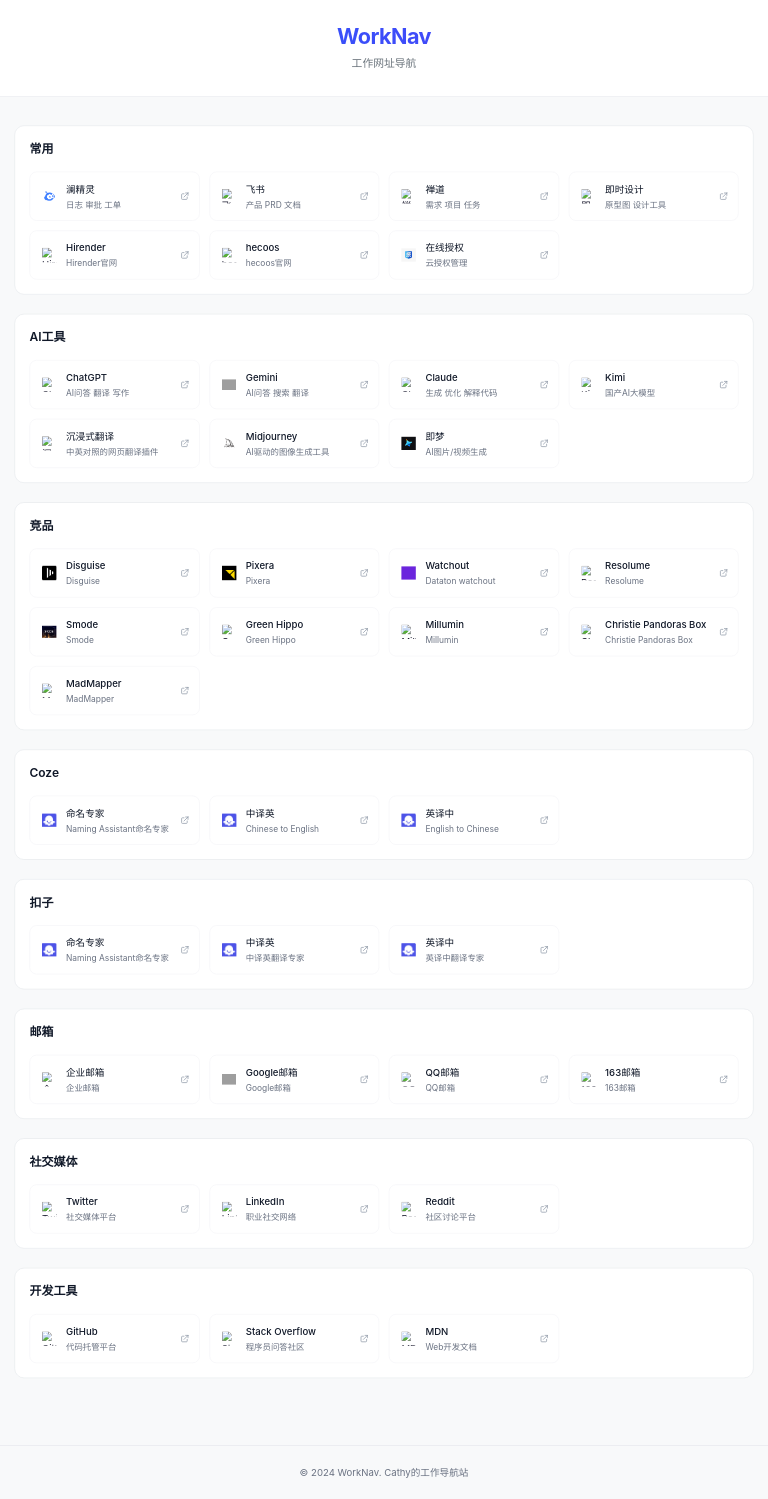
Repository: SweetPomelo0/WorkNav
Page: /
An editor plug-in stored every save of this project. The page is shown before and after the next save, followed by the edit.
The browser window is 1280 px wide. The pictures show the whole page, at 60% of full size.
Pictures or frames that could not be fetched are drawn as grey boxes. The project was rebuilt for these pictures with package versions that can differ from the ones it lists, and the page was loaded fresh each time. The framework's server and built-in components were replaced by stand-ins that run in the browser. Also part of the build but not shown: next.config.ts.

Above is the page before, as saved 2025-07-26 19:09:32.

### src/app/page.tsx
export default function Home() {
  // 定义导航分类和链接
  const categories = [
    {
      title: "常用",
      links: [
        { name: "澜精灵", url: "https://www.lanerp.com/Admin/index/index.html", desc: "日志 审批 工单", icon: "/img/lanjingling.png" },
        { name: "飞书", url: "https://enlightv.feishu.cn/wiki/D6Z1wOai9iVI4bkVlumcJprDn2e?fromScene=spaceOverview", desc: "产品 PRD 文档", icon: "https://feishu.cn/favicon.ico" },
        { name: "禅道", url: "https://enlightv.zentaopm.com/my/", desc: "需求 项目 任务", icon: "https://enlightv.zentaopm.com/favicon.ico" },
        { name: "即时设计", url: "https://js.design/recent", desc: "原型图 设计工具", icon: "https://img.js.design/assets/webImg/favicon.ico" },
        { name: "Hirender", url: "https://www.hirender.com/#/home", desc: "Hirender官网", icon: "https://www.hirender.com/favicon.ico" },
        { name: "hecoos", url: "https://www.hecoos.com/web/#/home", desc: "hecoos官网", icon: "https://www.hecoos.com/favicon.ico" },
        { name: "在线授权", url: "https://license.enlightv.com/web/", desc: "云授权管理", icon: "data:[embedded picture, 6295 characters]" },
      ]
    },
    {
      title: "AI工具",
      links: [
        { name: "ChatGPT", url: "https://chatgpt.com/", desc: "AI问答 翻译 写作", icon: "https://cdn.oaistatic.com/assets/favicon-180x180-od45eci6.webp" },
        { name: "Gemini", url: "https://gemini.google.com/app", desc: "AI问答 搜索 翻译", icon: "https://www.gstatic.com/lamda/images/gemini_sparkle_4g_512_lt_f94943af3be039176192d.png" },
        { name: "Claude", url: "https://claude.ai/", desc: "生成 优化 解释代码", icon: "https://claude.ai/favicon.ico" },
        { name: "Kimi", url: "https://www.kimi.com/", desc: "国产AI大模型", icon: "https://www.kimi.com/favicon.ico" },
        { name: "沉浸式翻译", url: "https://immersivetranslate.com/zh-Hans/?utm_source=ai-bot.cn", desc: "中英对照的网页翻译插件", icon: "https://immersivetranslate.com/favicon.ico" },
        { name: "Midjourney", url: "https://www.midjourney.com/explore?tab=video_top", desc: "AI驱动的图像生成工具", icon: "/img/mj.png" },
        { name: "即梦", url: "https://jimeng.jianying.com/ai-tool/home", desc: "AI图片/视频生成", icon: "/img/jimeng.png" }

      ]
    },
    {
      title: "竞品",
      links: [
        { name: "Disguise", url: "https://www.disguise.one/en", desc: "Disguise", icon: "/img/disguise.png" },
        { name: "Pixera", url: "https://pixera.one/zh/software/overview/", desc: "Pixera", icon: "/img/pixera.png" },
        { name: "Watchout", url: "https://www.dataton.com/", desc: "Dataton watchout", icon: "/img/watchout.png" },
        { name: "Resolume", url: "https://resolume.com/", desc: "Resolume", icon: "https://resolume.com/images/favicons/apple-touch-icon.png" },
        { name: "Smode", url: "https://www.smode.io/en/", desc: "Smode", icon: "/img/smode.png" },
        { name: "Green Hippo", url: "https://www.green-hippo.com/", desc: "Green Hippo", icon: "https://www.green-hippo.com/wp-content/themes/greenhippo/assets/icons/favicon.ico" },
        { name: "Millumin", url: "https://millumin.com/v5/index.php", desc: "Millumin", icon: "https://www.millumin.com/favicon/apple-icon-180x180.png" },
        { name: "Christie Pandoras Box", url: "https://www.christiedigital.com/products/christie-pandoras-box/", desc: "Christie Pandoras Box", icon: "https://www.christiedigital.com/apple-touch-icon.png" },
        { name: "MadMapper", url: "https://madmapper.com/madmapper/software", desc: "MadMapper", icon: "https://madmapper.com/images/favicon/apple-touch-icon.png" }

      ]
    },
    {
      title: "Coze",
      links: [
        { name: "命名专家", url: "https://www.coze.com/store/agent/7530562770308956161?bot_id=true", desc: "Naming Assistant命名专家", icon: "/img/coze.png" },
        { name: "中译英", url: "https://www.coze.com/store/agent/7530572378075152440?bot_id=true", desc: "Chinese to English", icon: "/img/coze.png" },
        { name: "英译中", url: "https://www.coze.com/store/agent/7530572202144694273?bot_id=true", desc: "English to Chinese", icon: "/img/coze.png" }
      ]
    },
    {
      title: "扣子",
      links: [
        { name: "命名专家", url: "https://www.coze.cn/store/agent/7530571775823577130?bot_id=true", desc: "Naming Assistant命名专家", icon: "/img/coze.png" },
        { name: "中译英", url: "https://www.coze.cn/store/agent/7530581452909035572?bot_id=true", desc: "中译英翻译专家", icon: "/img/coze.png" },
        { name: "英译中", url: "https://www.coze.cn/store/agent/7530581958234193970?bot_id=true", desc: "英译中翻译专家", icon: "/img/coze.png" }
      ]
    },
    {
      title: "邮箱",
      links: [
        { name: "企业邮箱", url: "https://exmail.qq.com/cgi-bin/frame_html?sid=qPUC22bEtIEF7kUt,2&sign_type=&r=586a2a390ca023395a120877ca5870f0", desc: "企业邮箱", icon: "https://exmail.qq.com/favicon.ico" },
        { name: "Google邮箱", url: "https://mail.google.com/mail/u/0/#inbox", desc: "Google邮箱", icon: "https://ssl.gstatic.com/ui/v1/icons/mail/rfr/gmail.ico" },
        { name: "QQ邮箱", url: "https://mail.qq.com/", desc: "QQ邮箱", icon: "https://mail.qq.com/favicon.ico" },
        { name: "163邮箱", url: "https://mail.163.com/", desc: "163邮箱", icon: "https://mail.163.com/favicon.ico" }
      ]
    },
    {
      title: "社交媒体",
      links: [
        { name: "Twitter", url: "https://twitter.com", desc: "社交媒体平台", icon: "https://twitter.com/favicon.ico" },
        { name: "LinkedIn", url: "https://www.linkedin.com", desc: "职业社交网络", icon: "https://www.linkedin.com/favicon.ico" },
        { name: "Reddit", url: "https://www.reddit.com", desc: "社区讨论平台", icon: "https://www.reddit.com/favicon.ico" }
      ]
    },
    {
      title: "开发工具",
      links: [
        { name: "GitHub", url: "https://github.com", desc: "代码托管平台", icon: "https://github.com/favicon.ico" },
        { name: "Stack Overflow", url: "https://stackoverflow.com", desc: "程序员问答社区", icon: "https://stackoverflow.com/favicon.ico" },
        { name: "MDN", url: "https://developer.mozilla.org", desc: "Web开发文档", icon: "https://developer.mozilla.org/favicon.ico" },
      ]
    }

  ];

  return (
    <div className="min-h-screen" style={{ background: 'var(--background)', color: 'var(--text-primary)' }}>
      {/* Header */}
      <header style={{ background: 'var(--header-bg)', borderBottom: '1px solid var(--card-border)' }}>
        <div className="max-w-7xl mx-auto px-6 py-10">
          <div className="text-center">
            <h1 className="text-4xl font-bold mb-3 tracking-tight bg-clip-text text-transparent bg-gradient-to-r from-blue-600 to-indigo-600 dark:from-blue-400 dark:to-indigo-400">WorkNav</h1>
            <p className="text-lg" style={{ color: 'var(--text-secondary)' }}>工作网址导航</p>
          </div>
        </div>
      </header>

      {/* Main Content */}
       <main className="max-w-7xl mx-auto px-6 py-12">
         <div className="space-y-8">
           {categories.map((category, index) => (
             <div key={index} className="bg-white dark:bg-gray-900 rounded-2xl border border-gray-200 dark:border-gray-800 p-6 hover:shadow-lg transition-shadow duration-300">
               <h2 className="text-xl font-semibold mb-6 text-gray-900 dark:text-gray-100">
                 {category.title}
               </h2>
               <div className="grid grid-cols-1 sm:grid-cols-2 lg:grid-cols-3 xl:grid-cols-4 gap-4">
                 {category.links.map((link, linkIndex) => (
                   <a
                     key={linkIndex}
                     href={link.url}
                     target="_blank"
                     rel="noopener noreferrer"
                     className="block p-4 rounded-xl border border-gray-100 dark:border-gray-700 hover:border-gray-300 dark:hover:border-gray-600 hover:bg-gray-50 dark:hover:bg-gray-800 transition-all duration-200 group"
                   >
                     <div className="flex items-center justify-between">
                       <div className="flex items-center flex-1">
                         <div className="w-8 h-8 mr-3 flex-shrink-0 flex items-center justify-center">
                           {link.icon ? (
                             <img
                               src={link.icon}
                               alt={`${link.name} icon`}
                               className="w-6 h-6 object-contain"
                             />
                           ) : (
                             <div className="w-6 h-6 bg-gray-200 dark:bg-gray-700 rounded-md flex items-center justify-center">
                               <span className="text-xs text-gray-500 dark:text-gray-400 font-medium">
                                 {link.name.charAt(0).toUpperCase()}
                               </span>
                             </div>
                           )}
                         </div>
                         <div className="flex-1">
                           <h3 className="font-medium text-gray-900 dark:text-gray-100 group-hover:text-blue-600 dark:group-hover:text-blue-400 transition-colors">
                             {link.name}
                           </h3>
                           <p className="text-sm text-gray-500 dark:text-gray-400 mt-1">
                             {link.desc}
                           </p>
                         </div>
                       </div>
                       <svg
                         className="w-4 h-4 text-gray-400 group-hover:text-blue-600 dark:group-hover:text-blue-400 transition-colors ml-3 flex-shrink-0"
                         fill="none"
                         stroke="currentColor"
                         viewBox="0 0 24 24"
                       >
                         <path
                           strokeLinecap="round"
                           strokeLinejoin="round"
                           strokeWidth={2}
                           d="M10 6H6a2 2 0 00-2 2v10a2 2 0 002 2h10a2 2 0 002-2v-4M14 4h6m0 0v6m0-6L10 14"
                         />
                       </svg>
                     </div>
                   </a>
                 ))}
               </div>
             </div>
           ))}
         </div>
       </main>

      {/* Footer */}
      <footer className="border-t border-gray-200 dark:border-gray-800 mt-16">
        <div className="max-w-7xl mx-auto px-6 py-8">
          <div className="text-center text-gray-500 dark:text-gray-400">
            <p>© 2024 WorkNav. Cathy的工作导航站</p>
          </div>
        </div>
      </footer>
    </div>
  );
}

### src/app/globals.css
@import "tailwindcss";

:root {
  --background: #f8f9fa;
  --foreground: #1a1a2e;
  --card-bg: #ffffff;
  --card-border: #e9ecef;
  --card-hover: #f1f3f5;
  --accent: #4361ee;
  --accent-hover: #3a56d4;
  --text-primary: #1a1a2e;
  --text-secondary: #6c757d;
  --text-tertiary: #adb5bd;
  --header-bg: #ffffff;
  --footer-bg: #ffffff;
}

@theme inline {
  --color-background: var(--background);
  --color-foreground: var(--foreground);
  --font-sans: var(--font-geist-sans);
  --font-mono: var(--font-geist-mono);
}

@media (prefers-color-scheme: dark) {
  :root {
    --background: #121212;
    --foreground: #f8f9fa;
    --card-bg: #1e1e1e;
    --card-border: #2d2d2d;
    --card-hover: #2a2a2a;
    --accent: #4361ee;
    --accent-hover: #5a72f0;
    --text-primary: #f8f9fa;
    --text-secondary: #adb5bd;
    --text-tertiary: #6c757d;
    --header-bg: #1a1a1a;
    --footer-bg: #1a1a1a;
  }
}

body {
  background: var(--background);
  color: var(--foreground);
  font-family: 'Inter', -apple-system, BlinkMacSystemFont, 'Segoe UI', Roboto, Oxygen, Ubuntu, Cantarell, 'Open Sans', 'Helvetica Neue', sans-serif;
}

/* 平滑滚动和过渡效果 */
html {
  scroll-behavior: smooth;
}

* {
  transition: background-color 0.2s ease, border-color 0.2s ease, transform 0.2s ease;
}

/* 自定义滚动条 */
::-webkit-scrollbar {
  width: 8px;
  height: 8px;
}

::-webkit-scrollbar-track {
  background: transparent;
}

::-webkit-scrollbar-thumb {
  background: var(--text-tertiary);
  border-radius: 4px;
}

::-webkit-scrollbar-thumb:hover {
  background: var(--text-secondary);
}

Loaded but not shown: src/app/layout.tsx (common file)

After the next save:
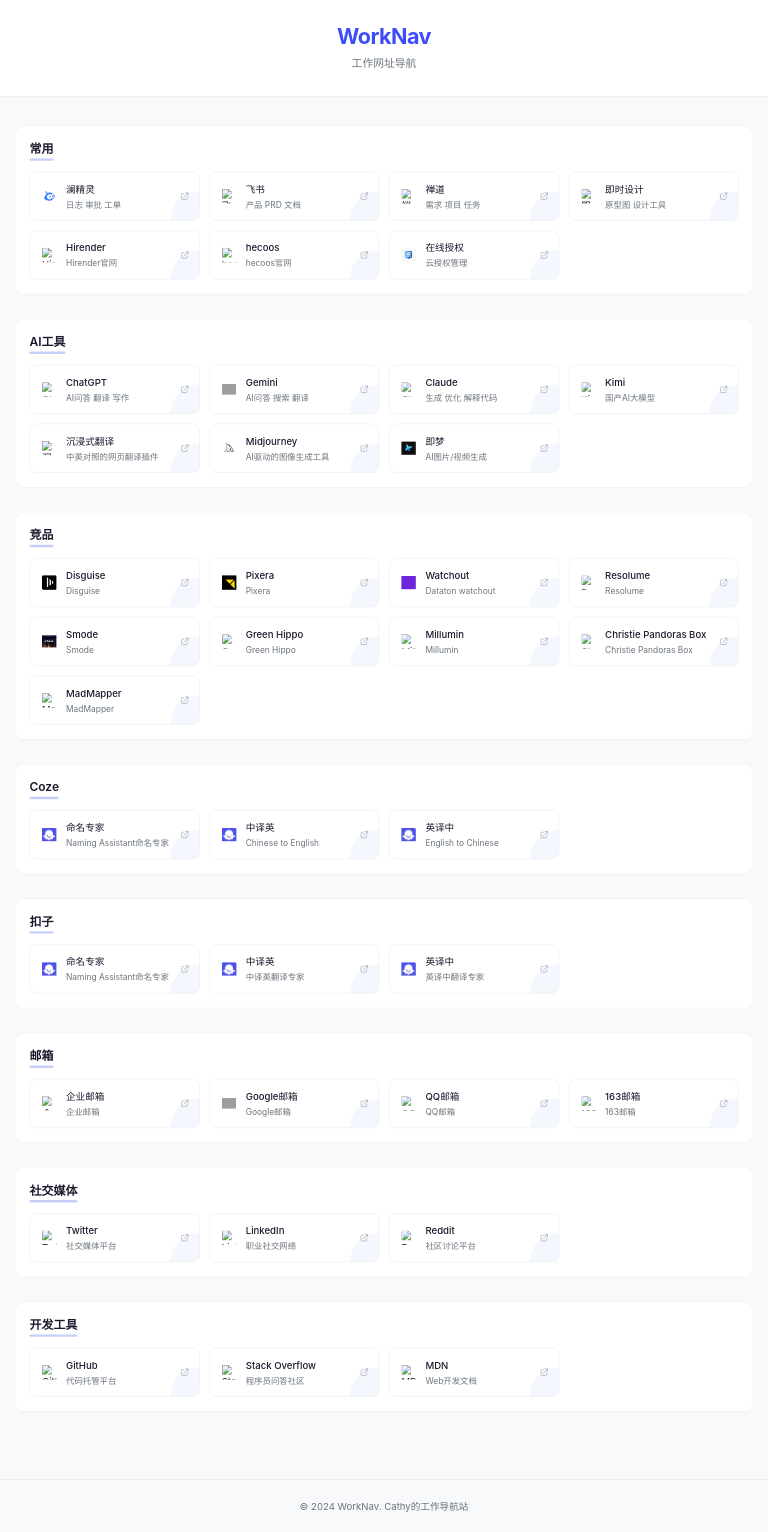
Saved 28 s later.
--- a/src/app/page.tsx
+++ b/src/app/page.tsx
@@ -99,11 +99,25 @@
 
       {/* Main Content */}
        <main className="max-w-7xl mx-auto px-6 py-12">
-         <div className="space-y-8">
+         <div className="space-y-10">
            {categories.map((category, index) => (
-             <div key={index} className="bg-white dark:bg-gray-900 rounded-2xl border border-gray-200 dark:border-gray-800 p-6 hover:shadow-lg transition-shadow duration-300">
-               <h2 className="text-xl font-semibold mb-6 text-gray-900 dark:text-gray-100">
-                 {category.title}
+             <div
+               key={index}
+               style={{
+                 background: 'var(--card-bg)',
+                 borderColor: 'var(--card-border)'
+               }}
+               className="rounded-2xl border p-6 transition-all duration-300 hover:shadow-lg"
+             >
+               <h2
+                 className="text-xl font-semibold mb-6 relative inline-block"
+                 style={{ color: 'var(--text-primary)' }}
+               >
+                 <span className="relative z-10">{category.title}</span>
+                 <span
+                   className="absolute bottom-0 left-0 w-full h-1 rounded-full opacity-30"
+                   style={{ background: 'var(--accent)', transform: 'translateY(6px)' }}
+                 ></span>
                </h2>
                <div className="grid grid-cols-1 sm:grid-cols-2 lg:grid-cols-3 xl:grid-cols-4 gap-4">
                  {category.links.map((link, linkIndex) => (
@@ -112,9 +126,19 @@
                      href={link.url}
                      target="_blank"
                      rel="noopener noreferrer"
-                     className="block p-4 rounded-xl border border-gray-100 dark:border-gray-700 hover:border-gray-300 dark:hover:border-gray-600 hover:bg-gray-50 dark:hover:bg-gray-800 transition-all duration-200 group"
+                     style={{
+                       borderColor: 'var(--card-border)',
+                       background: 'var(--card-bg)'
+                     }}
+                     className="block p-4 rounded-xl border hover:shadow-md transition-all duration-200 group relative overflow-hidden"
                    >
-                     <div className="flex items-center justify-between">
+                     {/* 背景装饰元素 */}
+                     <div
+                       className="absolute -right-12 -bottom-12 w-24 h-24 rounded-full opacity-5 transition-transform duration-300 group-hover:scale-150"
+                       style={{ background: 'var(--accent)' }}
+                     ></div>
+
+                     <div className="flex items-center justify-between relative z-10">
                        <div className="flex items-center flex-1">
                          <div className="w-8 h-8 mr-3 flex-shrink-0 flex items-center justify-center">
                            {link.icon ? (
@@ -124,24 +148,34 @@
                                className="w-6 h-6 object-contain"
                              />
                            ) : (
-                             <div className="w-6 h-6 bg-gray-200 dark:bg-gray-700 rounded-md flex items-center justify-center">
-                               <span className="text-xs text-gray-500 dark:text-gray-400 font-medium">
+                             <div
+                               style={{ background: 'var(--card-hover)' }}
+                               className="w-6 h-6 rounded-md flex items-center justify-center"
+                             >
+                               <span style={{ color: 'var(--text-secondary)' }} className="text-xs font-medium">
                                  {link.name.charAt(0).toUpperCase()}
                                </span>
                              </div>
                            )}
                          </div>
                          <div className="flex-1">
-                           <h3 className="font-medium text-gray-900 dark:text-gray-100 group-hover:text-blue-600 dark:group-hover:text-blue-400 transition-colors">
+                           <h3
+                             style={{ color: 'var(--text-primary)' }}
+                             className="font-medium group-hover:text-blue-600 dark:group-hover:text-blue-400 transition-colors"
+                           >
                              {link.name}
                            </h3>
-                           <p className="text-sm text-gray-500 dark:text-gray-400 mt-1">
+                           <p
+                             style={{ color: 'var(--text-secondary)' }}
+                             className="text-sm mt-1"
+                           >
                              {link.desc}
                            </p>
                          </div>
                        </div>
                        <svg
-                         className="w-4 h-4 text-gray-400 group-hover:text-blue-600 dark:group-hover:text-blue-400 transition-colors ml-3 flex-shrink-0"
+                         className="w-4 h-4 transition-colors ml-3 flex-shrink-0 group-hover:translate-x-1"
+                         style={{ color: 'var(--text-tertiary)' }}
                          fill="none"
                          stroke="currentColor"
                          viewBox="0 0 24 24"
